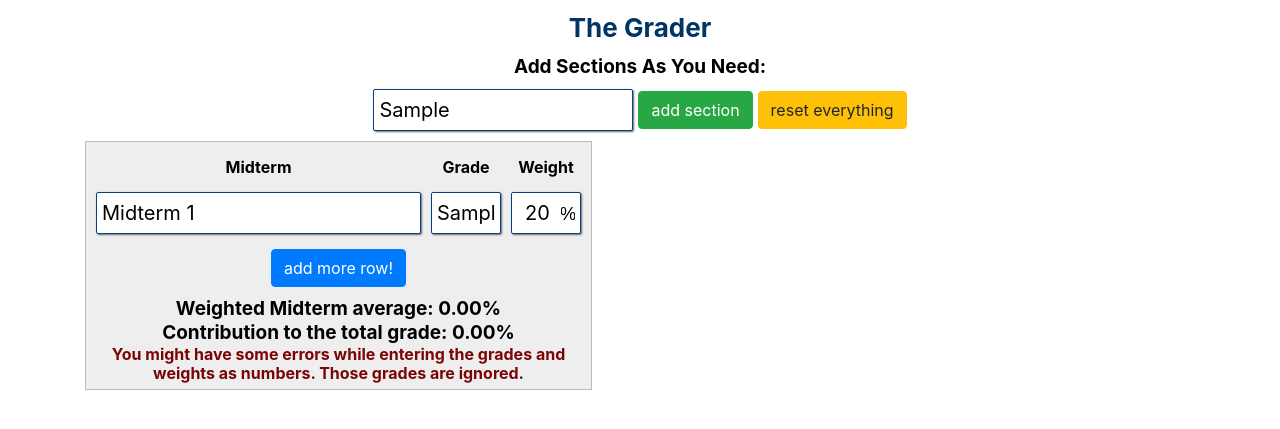
Repository: BarishNamazov/BarishNamazov.github.io
Page: thegrader/index.html
An editor plug-in stored every save of this project. The page is shown before and after the next save, followed by the edit.
The browser window is 1280 px wide. The pictures show the whole page.
Empty fields were first filled with sample values (such as "Sample", 5 or name@example.com).
After loading, the first visible `input.gradeValue` was changed once.

Above is the page before, as saved 2020-10-31 19:21:51.

After the next save:
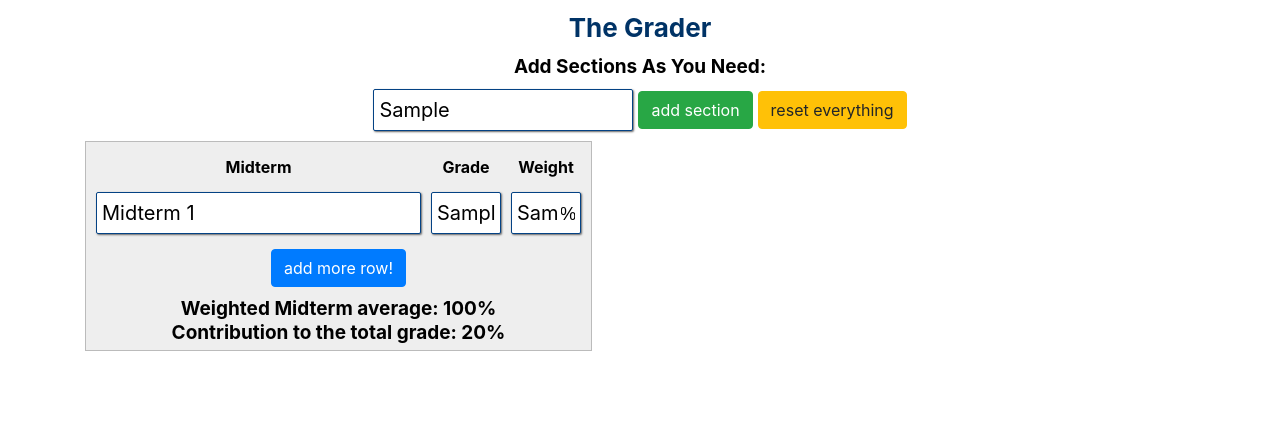
Console error: TypeError: Cannot read properties of undefined (reading 'call')
Saved 69 s later.
--- a/thegrader/scripts.js
+++ b/thegrader/scripts.js
@@ -52,7 +52,7 @@
 
 function updateSectionGrade() {
   var section = $(this).parents(".gradePanel");
-  var grades = section.find(".gradeValue"), weights = section.find(".gradeWeight");
+  var grades = section.find(".gradeValue").map(), weights = section.find(".gradeWeight");
   var contribution = 0.0, failSafe = 0, weightSum = 0.0, sectionAverage = 0.0;
   if (!grades[0].value) grades[0].value = 100;
   if (!weights[0].value) weights[0].value = 20;

After the save that followed:
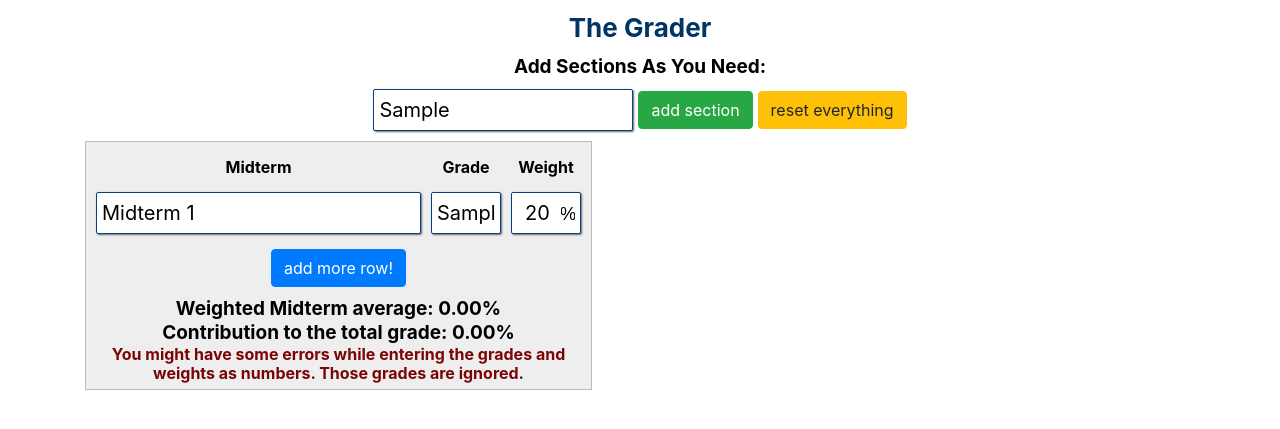
The error is gone.
Saved 5 s later.
--- a/thegrader/scripts.js
+++ b/thegrader/scripts.js
@@ -52,7 +52,7 @@
 
 function updateSectionGrade() {
   var section = $(this).parents(".gradePanel");
-  var grades = section.find(".gradeValue").map(), weights = section.find(".gradeWeight");
+  var grades = section.find(".gradeValue").map((x) => x), weights = section.find(".gradeWeight");
   var contribution = 0.0, failSafe = 0, weightSum = 0.0, sectionAverage = 0.0;
   if (!grades[0].value) grades[0].value = 100;
   if (!weights[0].value) weights[0].value = 20;
